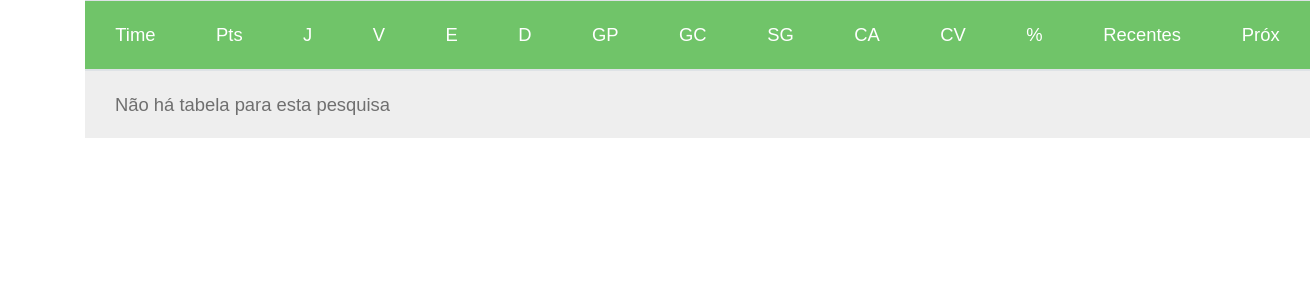
Repository: danielvieira7/campeonato-brasileiro-embed
Page: index.html
An editor plug-in stored every save of this project. The page is shown before and after the next save, followed by the edit.
The browser window is 1280 px wide. The page is 1310 px wide, then 1280 px, so the pictures cover 1310 px, including what lies to the right of the window. The pictures show the whole page.
The page's requests for data from a server got no answer. Some web libraries are served in a nearby version.

Above is the page before, as saved 2021-02-12 00:30:34.

After the next save:
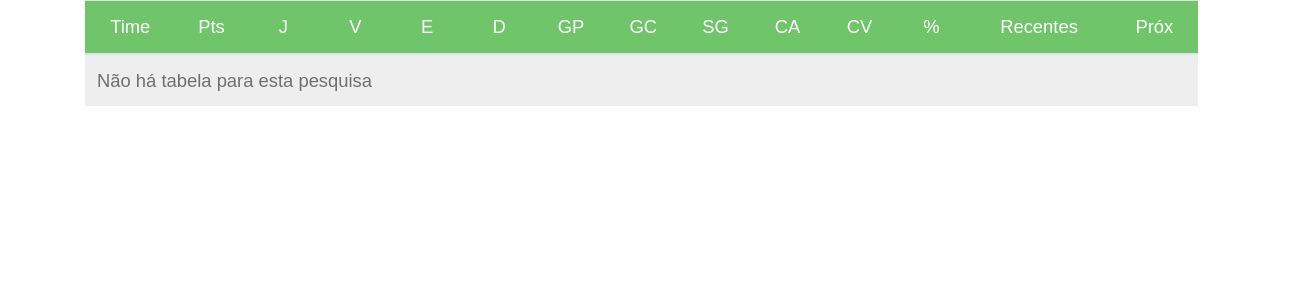
Saved 5 s later.
--- a/style-light-green.css
+++ b/style-light-green.css
@@ -1,18 +1,18 @@
 /* CSS by: https://codepen.io/njessen/pen/naLCv */
-.table {
+table {
     font-family: sans-serif;
     -webkit-font-smoothing: antialiased;
     font-size: 115%;
     width: 750px;
 }
-.table th {
+table th {
     background-color: #70c469;
     color: white;
     font-weight: normal;
     padding: 20px 30px;
     text-align: center;
 }
-.table td {
+table td {
     background-color: #eeeeee;
     color: #6f6f6f;
     padding: 20px 30px;
